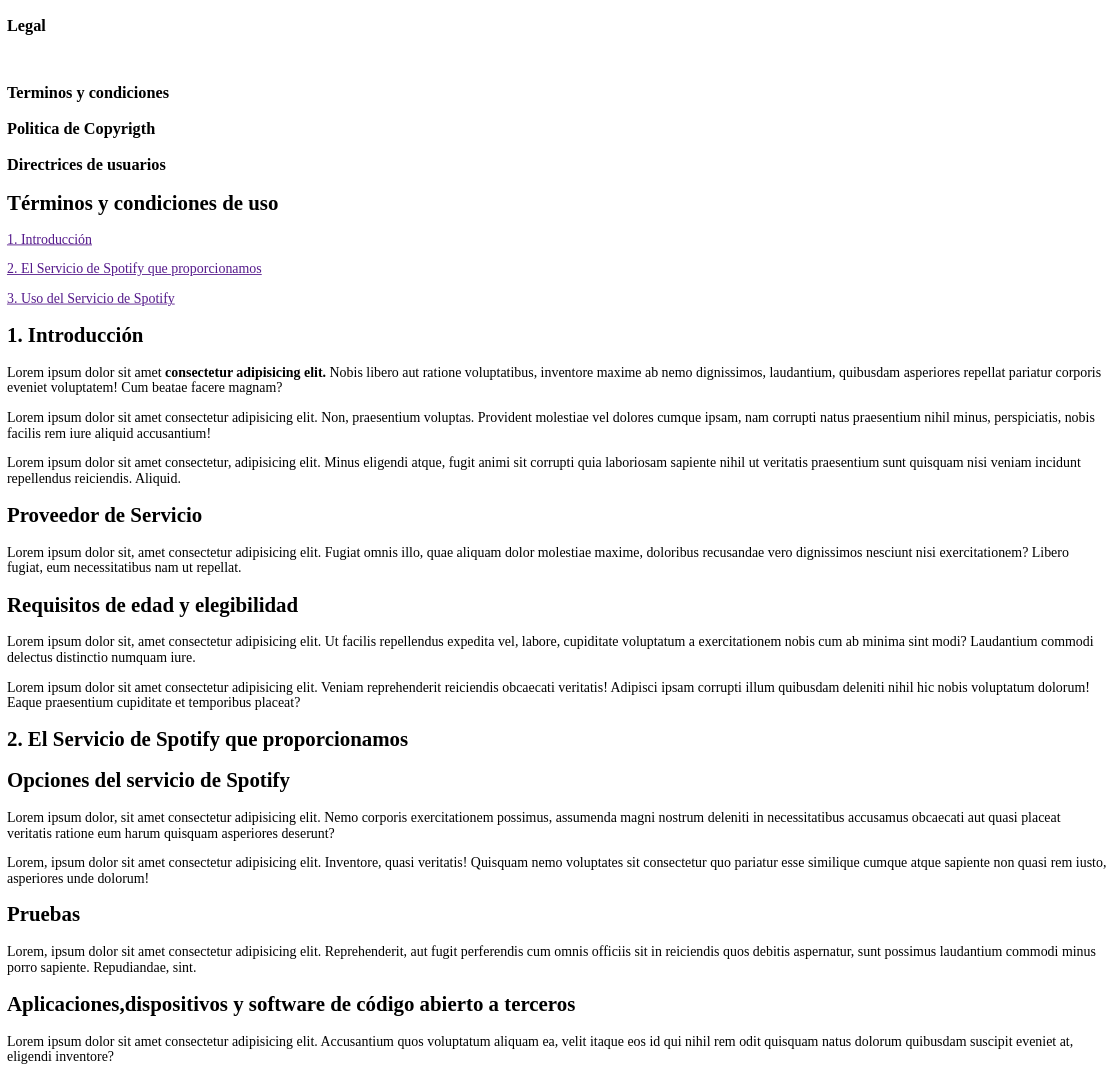
Repository: Devbenitez/Gen_30
Page: Gen_30/Maquetado/practicas/index.html
These files come from the project's save history. The page is drawn as it stood at one moment and after the next save; the edit follows.
The browser window is 1280 px wide. The pictures show the whole page, at 87% of full size.

Above is the page before, as saved 2023-11-07 23:29:18.

After the next save:
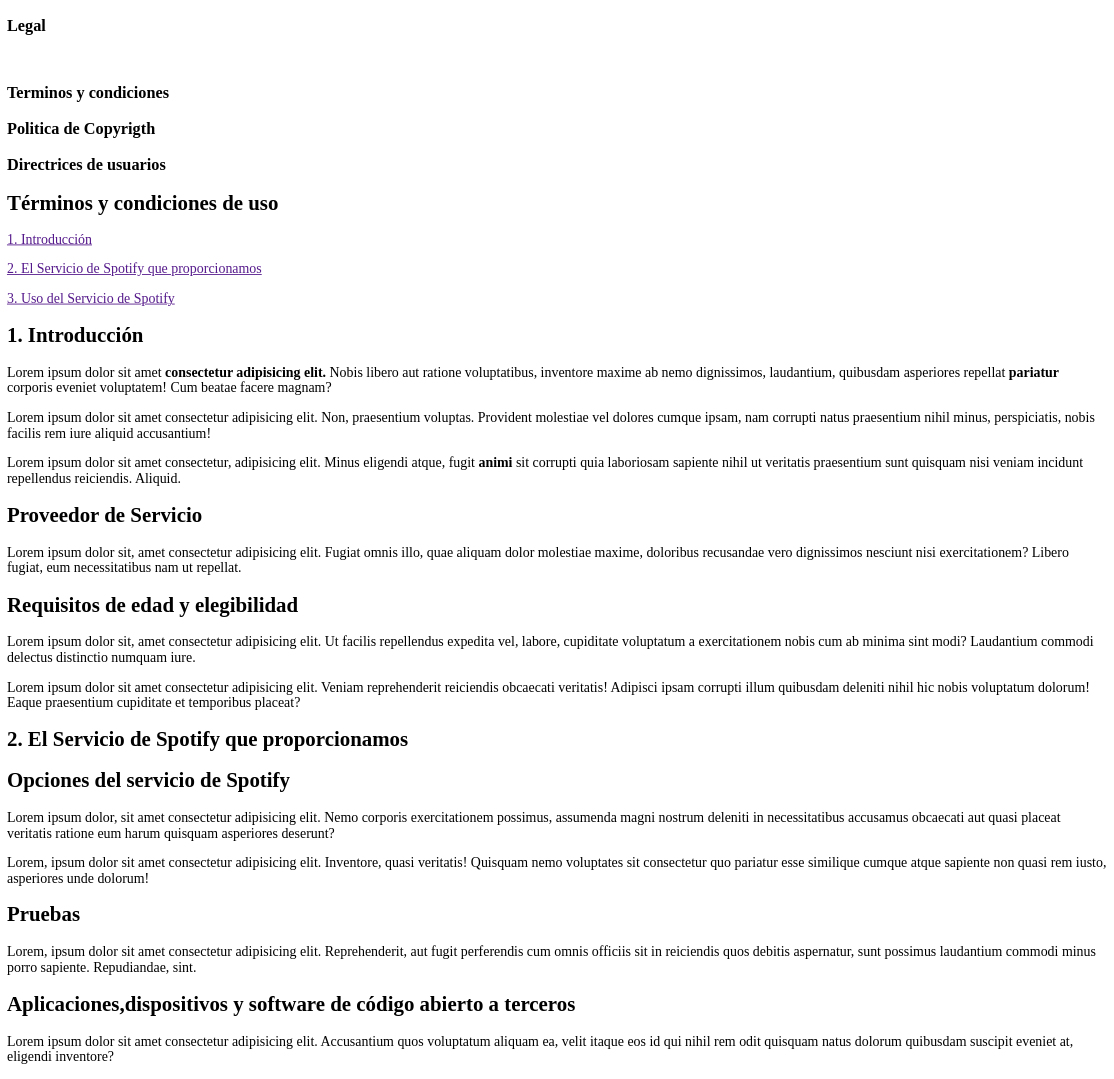
Saved 51 s later.
--- a/Gen_30/Maquetado/practicas/index.html
+++ b/Gen_30/Maquetado/practicas/index.html
@@ -24,13 +24,13 @@
 <section>
     <h1>1. Introducción</h1>
     <p>
-        Lorem ipsum dolor sit amet <b>consectetur adipisicing elit.</b> Nobis libero aut ratione voluptatibus, inventore maxime ab nemo dignissimos, laudantium, quibusdam asperiores repellat pariatur corporis eveniet voluptatem! Cum beatae facere magnam?
+        Lorem ipsum dolor sit amet <b>consectetur adipisicing elit.</b> Nobis libero aut ratione voluptatibus, inventore maxime ab nemo dignissimos, laudantium, quibusdam asperiores repellat <b>pariatur</b> corporis eveniet voluptatem! Cum beatae facere magnam?
     </p>
     <p>
         Lorem ipsum dolor sit amet consectetur adipisicing elit. Non, praesentium voluptas. Provident molestiae vel dolores cumque ipsam, nam corrupti natus praesentium nihil minus, perspiciatis, nobis facilis rem iure aliquid accusantium!
     </p>
     <p>
-        Lorem ipsum dolor sit amet consectetur, adipisicing elit. Minus eligendi atque, fugit animi sit corrupti quia laboriosam sapiente nihil ut veritatis praesentium sunt quisquam nisi veniam incidunt repellendus reiciendis. Aliquid.
+        Lorem ipsum dolor sit amet consectetur, adipisicing elit. Minus eligendi atque, fugit <b>animi</b> sit corrupti quia laboriosam sapiente nihil ut veritatis praesentium sunt quisquam nisi veniam incidunt repellendus reiciendis. Aliquid.
     </p>
     <h2>Proveedor de Servicio</h2>
     <p>
